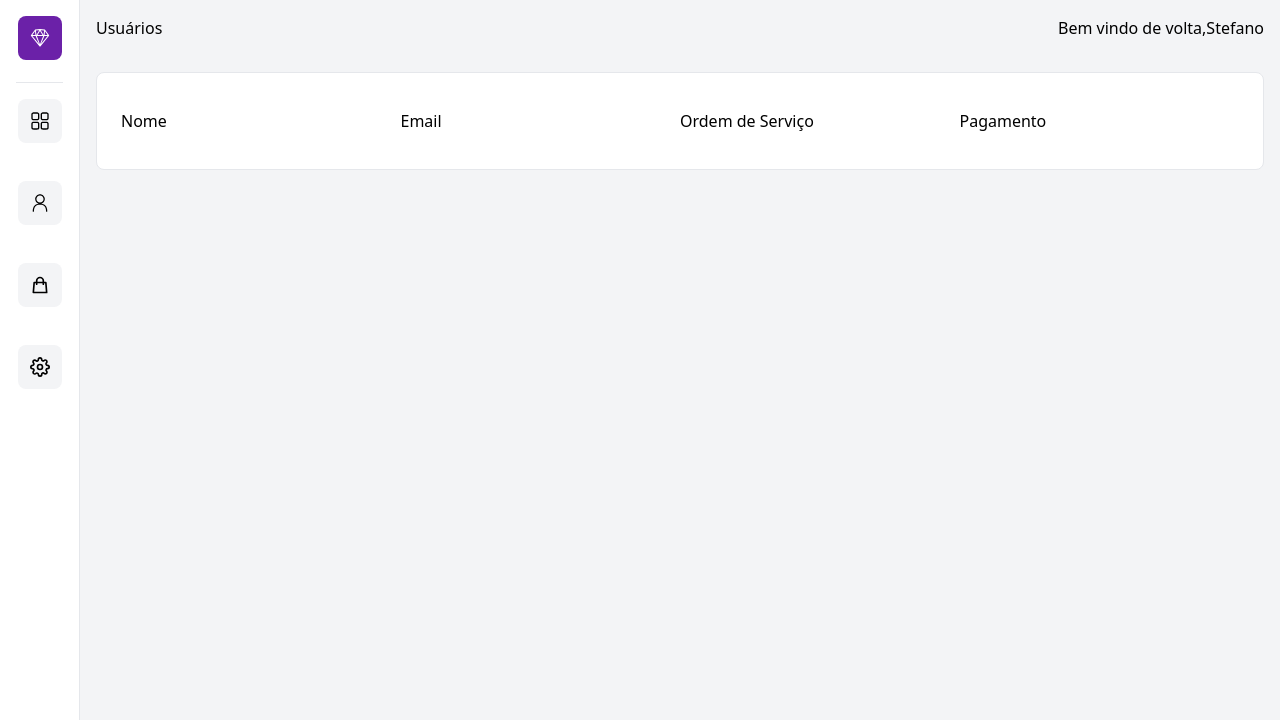
Repository: stefanosousaa/dashboard-next13
Page: /costumers
An editor plug-in stored every save of this project. The page is shown before and after the next save, followed by the edit.
The browser window is 1280 px wide. The pictures show the whole page.
The project was rebuilt for these pictures with package versions that can differ from the ones it lists, and the page was loaded fresh each time. The framework's server and built-in components were replaced by stand-ins that run in the browser. Also part of the build but not shown: next.config.js.

Above is the page before, as saved 2023-05-16 19:19:49.

After the next save:
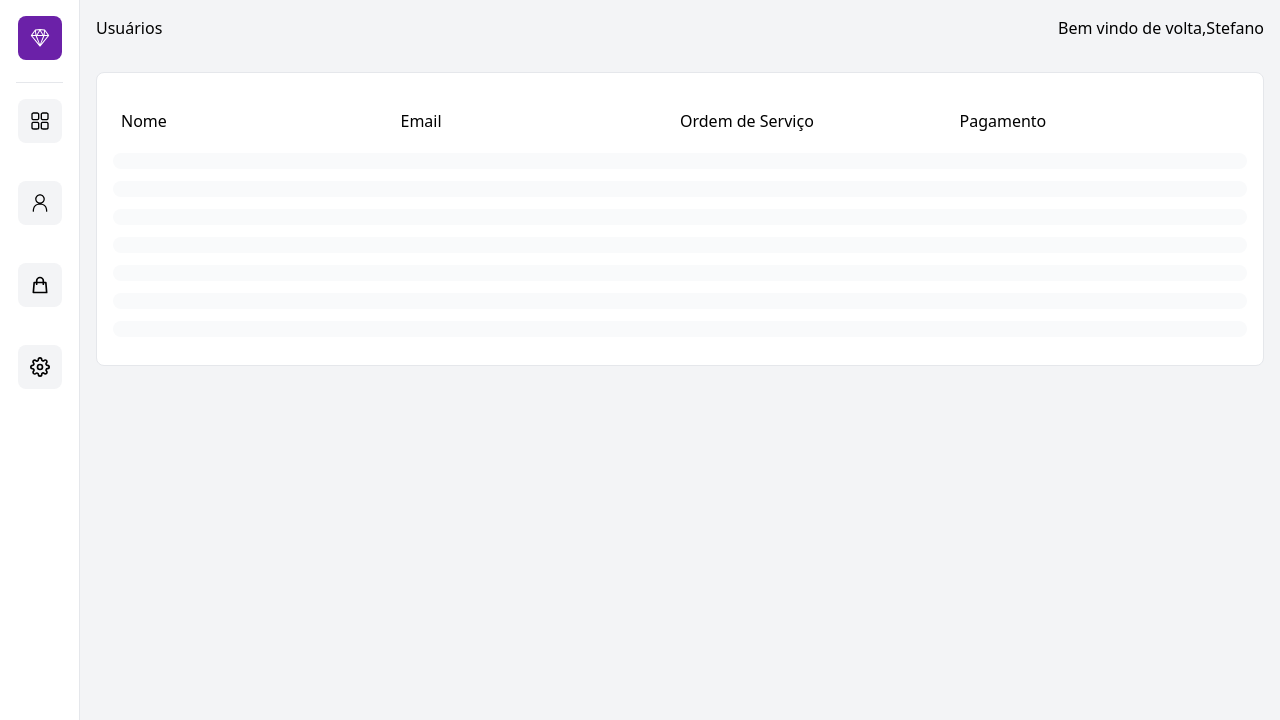
Saved 5 min 38 s later.
--- a/pages/costumers.jsx
+++ b/pages/costumers.jsx
@@ -17,6 +17,13 @@ const costumers = () => {
                 <span className='hidden md:grid'>Ordem de Serviço</span>
                 <span className='hidden sm:grid'>Pagamento </span>
               </div>
+              <ul>
+                {data.map((order,id) => (
+                    <li key={id} className='bg-gray-50 hover:bg-gray-100 rounded-lg my-3 p-2 grid md:grid-cols-4 sm:grid-cols-3 grid-cols-2 items-center justify-between cursor-pointer'>
+
+                    </li>
+                ))}
+              </ul>
             </div>
         </div>
     </div>
